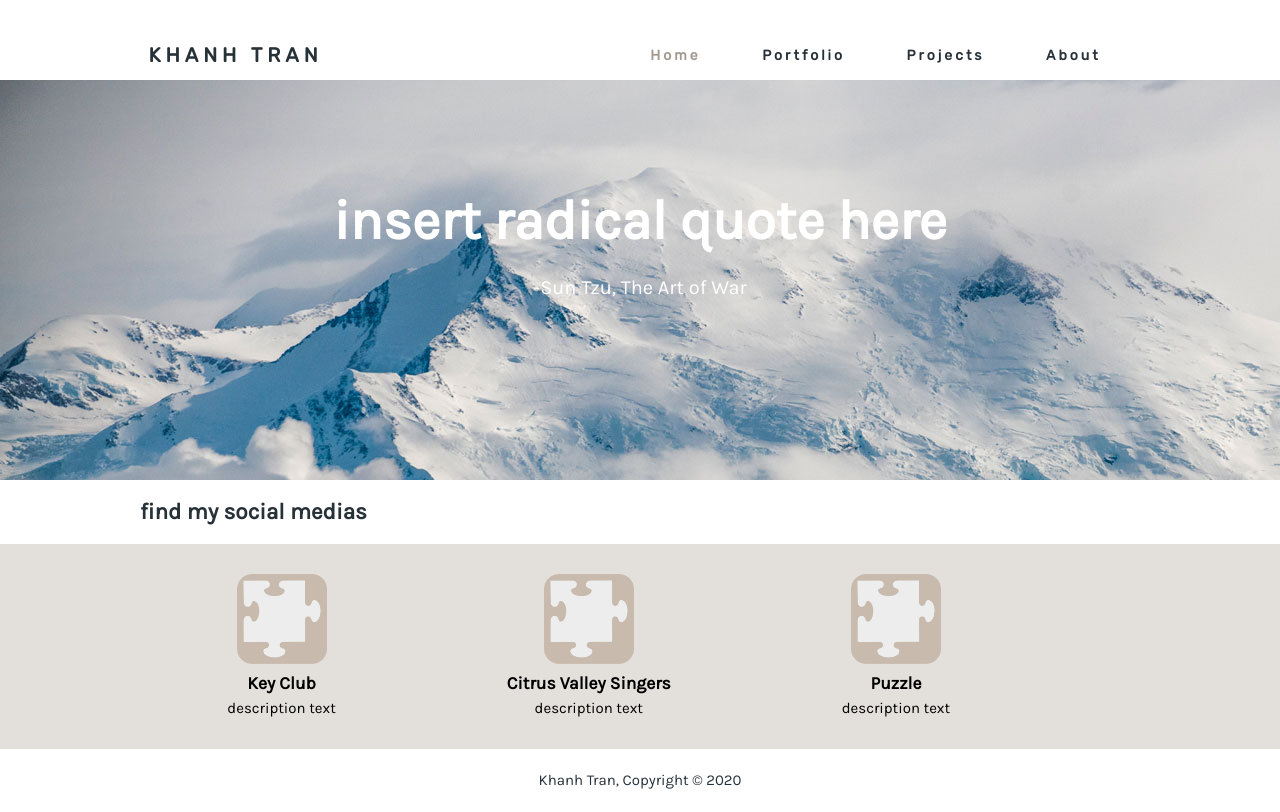
Repository: KTPo/KTPo.github.io
Page: index.html
The author's editor kept a record of every edit. The page is drawn from the files as they stood at one moment, then again after the next edit.
The browser window is 1280 px wide. The pictures show the whole page.

Above is the page before.

### index.html
<!DOCTYPE html>
<html>
    <head>
        <title>Welcome | Khanh's Webpage</title>
        <link rel='icon' href='./previewImages/puzzle.png' type='image/x-icon'/ >
        <link href="https://fonts.googleapis.com/css2?family=Rubik&display=swap" rel="stylesheet">
        <link href="https://fonts.googleapis.com/css2?family=Karla&display=swap" rel="stylesheet">
        <link rel="stylesheet" type="text/css" href="style.css">

        <meta name = "viewport" content = "width=device-width">
        <meta name="description" content="Personal Website">
        <meta name="keywords" content="khanhtran, khanhtranCV">
        <meta name="author" content="Khanh Tran">




    </head>
    <body>
        <header>
            <nav>
                <div class = "logo">
                    <h4><a href = "index.html">Khanh Tran</a></h4>
                </div>
                <ul class = "nav-links">
                    <li class = "active"><a href = "index.html">Home</a></li>
                    <li><a href = "portfolio.html">Portfolio</a></li>
                    <li><a href = "projects.html">Projects</a></li>
                    <li><a href = "about.html">About</a></li>
                </ul>
                <div class = "burger">
                    <div class = "line1"></div>
                    <div class = "line2"></div>
                    <div class = "line3"></div>
                </div>

            </nav>

        </header>
        <script src = "app.js" type='text/javascript'></script>

        <section id = "showcase">
            <div class = "container">
                <h1>insert radical quote here</h1>
                <p>-Sun Tzu, The Art of War</p>
            </div>
        </section>

        <section id = "newsletter">
            <div class = "container">
                <h1>find my social medias</h1>
                <form>
                    <!--<input type = "email" placeholder = "Enter Email">
                    <button type = "submit" class = "button_1">Subscribe</button>-->
                </form>
            </div>
        </section>

        <section id = "boxes">
            <div class = "container">
                <div class = "box">
                    <img src = "./previewImages/puzzle.png">
                    <h3>Key Club</h3>
                    <p>description text</p>
                </div>
                <div class = "box">
                    <img src = "./previewImages/puzzle.png">
                    <h3>Citrus Valley Singers</h3>
                    <p>description text</p>
                </div>
                <div class = "box">
                    <img src = "./previewImages/puzzle.png">
                    <h3>Puzzle</h3>
                    <p>description text</p>
                </div>
            </div>
        </section>

        <footer>
            <p>Khanh Tran, Copyright &copy; 2020</p>
        </footer>


    </body>
</html>



<!--- add sticky bar for music???? --->

### style.css
*{
    margin:0px;
    padding:0px;
    box-sizing:border-box;
}
/* nav bar */
body{
    background-color:#e3dfdb;
    font:15px/1.5 'Karla',sans-serif;
}
nav{
    display:flex;
    justify-content:space-around;
    align-items:center;
    min-height:8vh;
    font-family: 'Rubik', sans-serif;
    background-color:#ffffff;/*#e3dfdb*/

    padding-top:40px;
    padding-bottom:10px;


}

.logo{
    text-transform: uppercase;
    letter-spacing:5px;
    font-size:20px;
}

.logo a{
   color:#273138;
   text-decoration:none;
}

.nav-links{
    display:flex;
    justify-content:space-around;
    width:40%;
}

.nav-links li{
    list-style:none;
}

.nav-links .active a{
    color:#a39990;
    font-weight:bold;
}
.nav-links a{
    color:#273138;
    text-decoration:none;
    letter-spacing:3px;
    font-weight:bold;
    font-size:14px;
}
.nav-links .active a:hover{
    color:#c7b9ad;
    text-decoration:underline;
}
.nav-links a:hover{
    color:#555c61;
    text-decoration:underline;
}

a #active{
    color:white;
}

.burger{
    display:none;
    cursor:pointer;
}

.burger div{
    width:30px;
    height: 3px;
    background-color:#273138;
    margin:5px;
    transition:all 0.3s ease;
}

@media screen and (max-width:1024px){
    .nav-links{
        display:flex;
        justify-content:space-around;
        width:60%;
    }
}

@media screen and (max-width:768px){
    body{
        overflow-x:hidden;
    }
    .nav-links{
        position: absolute;
        right:0px;
        height:92vh;
        top:8vh;
        background-color:#ffffff;
        align-items:center;
        display:flex;
        flex-direction:column;
        width:50%;
        transform:translateX(100%);
        transition: 0.5s ease-in;

        padding-top:35px;
        /*padding-left:5px;
        padding-right:5px;*/


    }
    .nav-links li{
        opacity:0;
    }
    .burger{
        display:block;
    }
}

.nav-active{
    transform:translateX(0%);
}

@keyframes navLinkFade{
    from{
        opacity:0;
        transform:translateX(50px);
    }
    to{
        opacity:1;
        transform:translateX(0px);
    }
}

.toggle .line1{
    transform:rotate(-45deg) translate(-5px,6px);
}
.toggle .line2{
    opacity:0;
}
.toggle .line3{
    transform:rotate(45deg) translate(-5px,-6px);
}

/* end nav bar*/

/*Global*/
.container{
    width:80%;
    margin:auto;
    overflow:hidden;
}

.button_1{
    height:38px;
    background:#e3dfdb;
    border:none;
    padding-left:20px;
    padding-right:20px;
    color:#273138;
}

.dark{
    padding:15px;
    background:#ffffff;
    color:#273138;
    margin-top:10px;
    margin-bottom:10px;
}
/* Showcase */

#showcase{
    min-height:400px;
    background:url('./previewImages/alaska.png') no-repeat ;
    text-align:center;
    color:#ffffff;

}

#showcase h1{
    margin-top:100px;
    font-size:55px;
    margin-bottom:10px;
}

#showcase p{
    font-size:20px;
}

#newsletter{
    padding:15px;
    color:#273138;
    background:#ffffff;
}

#newsletter h1{
    float:left;
}

#newsletter form{
    float:right;
    margin-top:15px;
}

#newsletter input[type="email"]{
    padding:4px;
    height:25px;
    width:250px;
}

#boxes{
    margin-top:20px;
}

#boxes .box{
    float:left;
    width:30%;
    padding:10px;
    text-align:center;

}

#boxes .box img{
    width:90px;
}

footer{
    padding:20px;
    margin-top:20px;
    color:#273138;
    background-color:#ffffff;
    text-align:center;
}


/*main column*/
article #main-col{
    float:right;
    width:65%;
    padding:20px;
}

/*side bar*/

aside #sidebar{
    float:left;
    width:30%;
    margin-top:10px;
}

ul #services li{
   list-style:none;
   /*text-decoration:none;*/
   padding:20px;
   /*border:#e3dfdb;
   margin-bottom:5px;
   background:#f0ece9;*/
}

### app.js
const navSlide = () => {
    const burger = document.querySelector(`.burger`);
    const nav = document.querySelector(`.nav-links`);
    const navLinks = document.querySelectorAll(`.nav-links li`);

    burger.addEventListener(`click`,()=>{
        nav.classList.toggle(`nav-active`);

        navLinks.forEach((link,index)=>{
            if(link.style.animation){
                link.style.animation = ''
            } else{
                link.style.animation = `navLinkFade 0.5s ease forwards ${index/7 + 0.3}s`;
            }
        });
        //Burger Animation
        burger.classList.toggle('toggle');
    });
}

navSlide();

After the next edit:
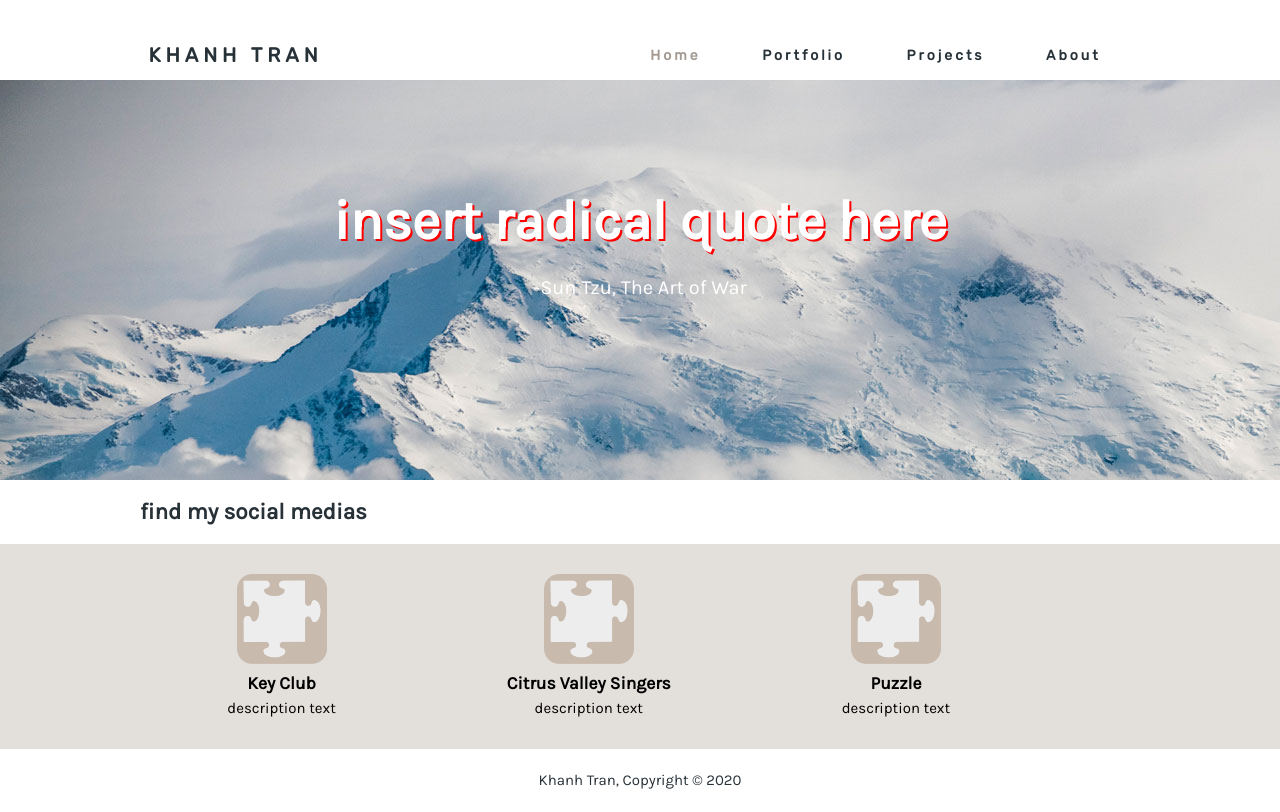
The edit:
--- a/style.css
+++ b/style.css
@@ -183,6 +183,7 @@
     margin-top:100px;
     font-size:55px;
     margin-bottom:10px;
+    text-shadow: 2px 2px #FF0000;
 }
 
 #showcase p{
